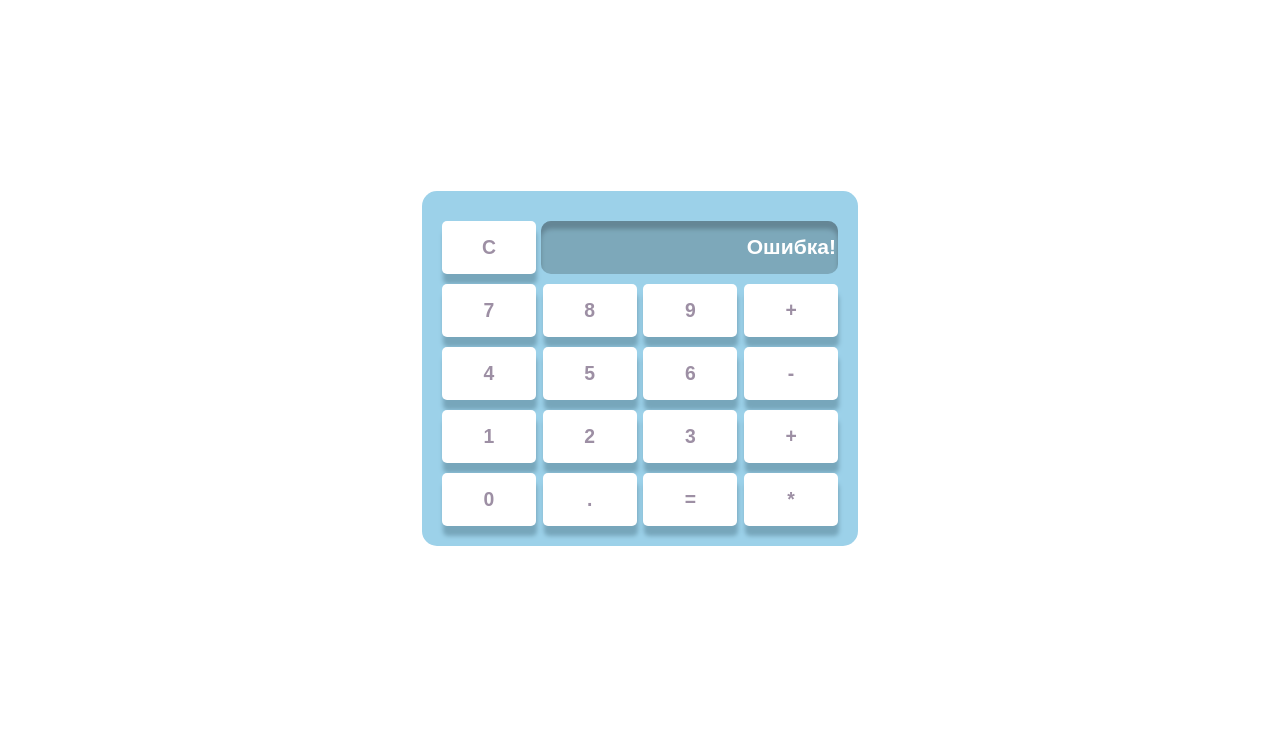
Repository: sem1103/calculator
Page: index.html
These files come from the project's save history. The page is drawn as it stood at one moment and after the next save; the edit follows.
The browser window is 1280 px wide. The pictures show the whole page.

Above is the page before, as saved 2023-11-01 21:46:00.

### index.html
<!DOCTYPE html>
<html lang="en">

<head>
    <meta charset="UTF-8">
    <meta name="viewport" content="width=device-width, initial-scale=1.0">
    <title>Calc</title>
    <style>
        * {
            box-sizing: border-box;
            font: bold 1.1rem arial;
        }

        .calc__container {
            display: flex;
            justify-content: center;
            height: 100vh;
            align-items: center;
        }

        .calc__wrapper {
            max-width: 900px;
            background-color: #9cd1e9;
            padding: 20px;
            border-radius: 15px;
        }

        .calc__display {
            box-shadow: inset 0px 8px 4px 0px #658695;
            background-color: #7da8ba;
            flex: 1;
            border-radius: 10px;
            border: 0;
            outline: 0;
            text-align: right;
            font-size: 1.2rem;
            color: #fff;
        }

        .calc__main,
        .calc__header {
            display: flex;
            flex-direction: row;
            flex-wrap: wrap;
            justify-content: space-between;
            row-gap: 10px;
            column-gap: 5px;

        }

        .calc__header {
            margin: 10px 0;
        }

        button {
            padding: 15px 5px;
            text-align: center;
            background-color: #fff;
            box-shadow: 1px 10px 4px #77a6bb;
            flex-basis: calc(25% - 5px);
            border: 0;
            border-radius: 5px;
            cursor: pointer;
            color: #9d8fa4;
            transition: all .1s ease-in-out;
        }
        button:active{
            box-shadow: 1px 0 4px #77a6bb;
            transform: translate(0,3px);
        }

    </style>
</head>

<body>
    <div class="calc__container">
        <div class="calc__wrapper">
            <div class="calc__header">
                <button onclick="clearDisplay()">C</button>
                <input id="display" class="calc__display" type="text" placeholder="0">

                </input>
            </div>
            <div class="calc__main">
                <button onclick="setValueHandle(this)" >7</button>
                <button onclick="setValueHandle(this)">8</button>
                <button onclick="setValueHandle(this)">9</button>
                <button onclick="setValueHandle(this)">+</button>
                <button onclick="setValueHandle(this)">4</button>
                <button onclick="setValueHandle(this)">5</button>
                <button onclick="setValueHandle(this)">6</button>
                <button onclick="setValueHandle(this)">-</button>
                <button onclick="setValueHandle(this)">1</button>
                <button onclick="setValueHandle(this)">2</button>
                <button onclick="setValueHandle(this)">3</button>
                <button onclick="setValueHandle(this)">+</button>
                <button onclick="setValueHandle(this)">0</button>
                <button onclick="setValueHandle(this)">.</button>
                <button onclick="calcSumm()">=</button>
                <button onclick="setValueHandle(this)">*</button>
            </div>
        </div>
    </div>


    <script>
        let calcDisplay = document.getElementById('display');


        function setValueHandle(e){
            console.log(typeof e.innerHTML);
            calcDisplay.value += e.innerHTML.toString();
            console.log(calcDisplay.value);
        }

        function clearDisplay(){
            calcDisplay.value = '';
        }

        function calcSumm(value) {
            // let value = calcDisplay.value;
            value = value.replace(/\s/g, '');
            let operators = value.split('').filter(item => {
                if(item == '+' || item == '-' || item == '*' || item == '/') return item;
            })
            let numbers = value.split(/[+\-*/]/).map(Number);

            let result = numbers[0];

            operators.forEach((item, index) => {
                if(item == '+'){
                    result += numbers[index + 1]
                }else if(item == '-'){
                    result -= numbers[index + 1]
                }else if(item == '/'){
                    result -= numbers[index + 1]
                    if(numbers[index + 1] == 0) calcDisplay.value = 'Ошибка!'
                }
            });

console.log(result);

        }

        calcSumm("65+ 65/0")

    </script>
</body>

</html>

After the next save:
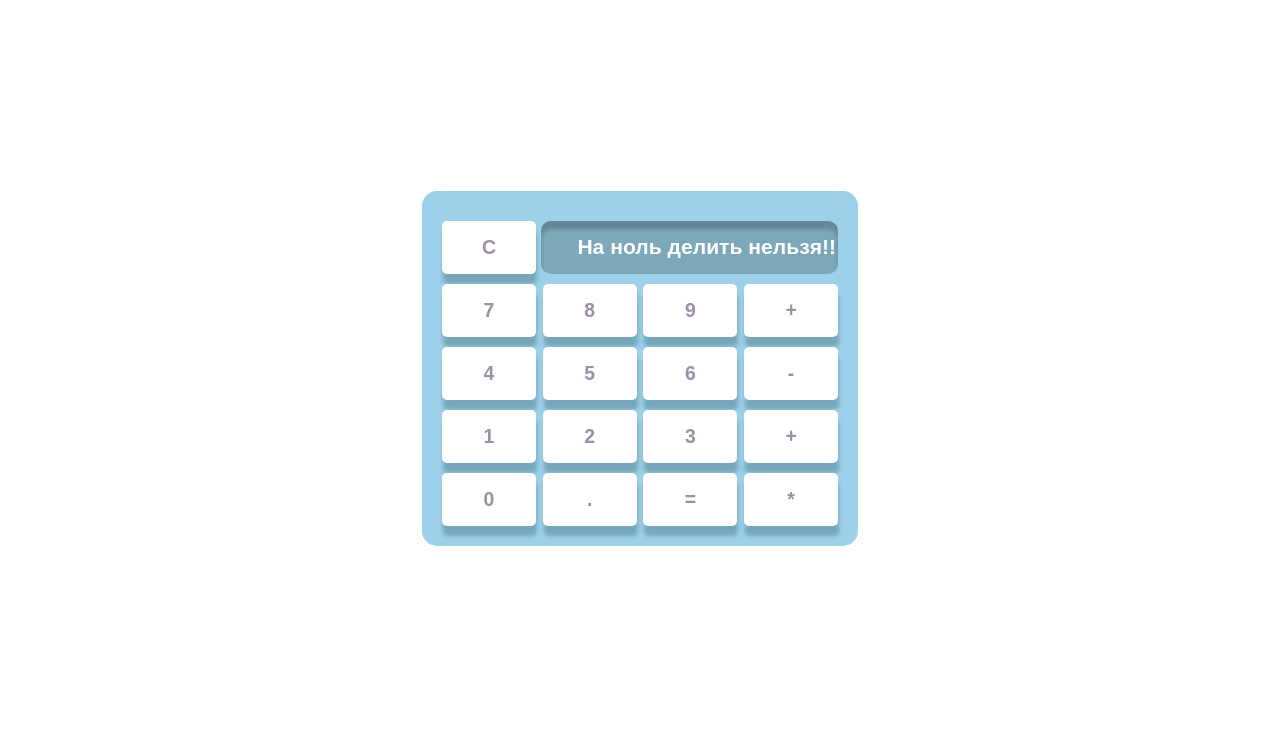
Saved 20 s later.
--- a/index.html
+++ b/index.html
@@ -134,7 +134,7 @@
                     result -= numbers[index + 1]
                 }else if(item == '/'){
                     result -= numbers[index + 1]
-                    if(numbers[index + 1] == 0) calcDisplay.value = 'Ошибка!'
+                    if(numbers[index + 1] == 0) calcDisplay.value = 'На ноль делить нельзя!!'
                 }
             });
 
